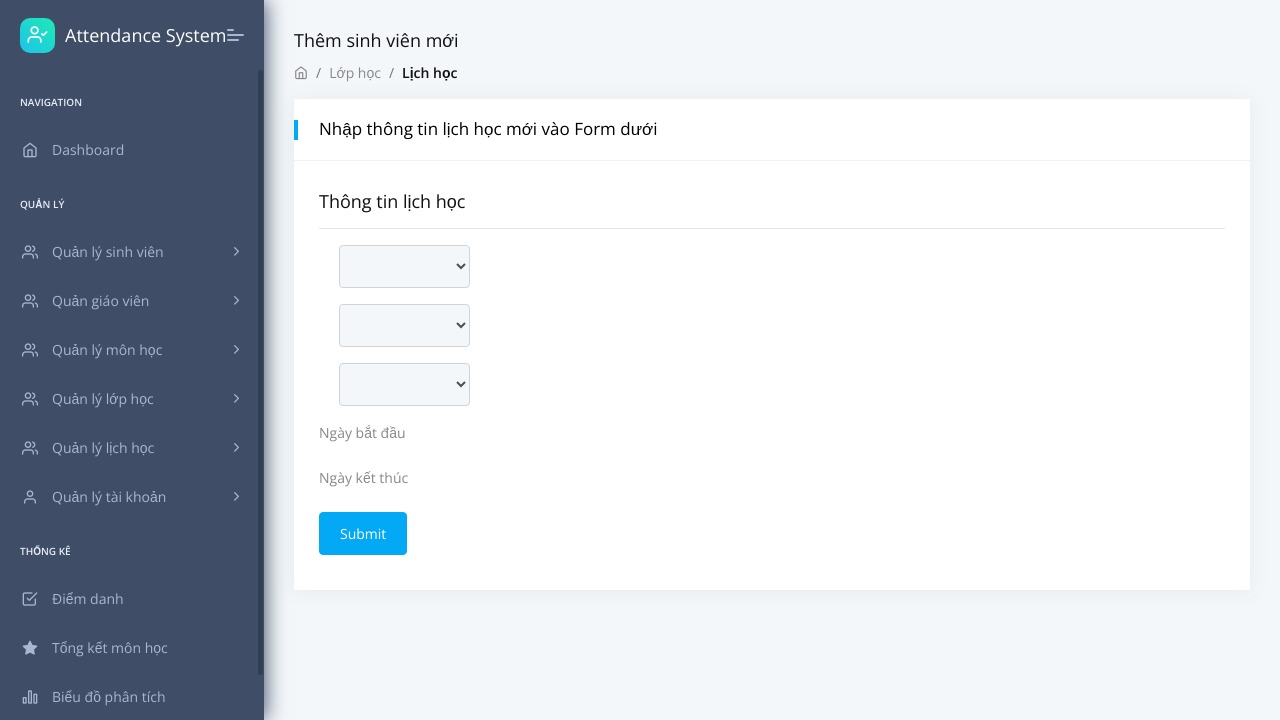
Repository: nguyen-tien-tai12112001/Python_Face_Recognition_Attendance
Page: apps/templates/home/schedule/add-schedule.html
These files come from the project's save history. The page is drawn as it stood at one moment and after the next save; the edit follows.
The browser window is 1280 px wide. The pictures show the whole page.
The template is drawn by Flask 3. The application's start-up code is not run. The template is opened directly, without the code that normally fills it, so the values that code supplies are empty.

Above is the page before, as saved 2022-02-28 21:58:39.

After the next save:
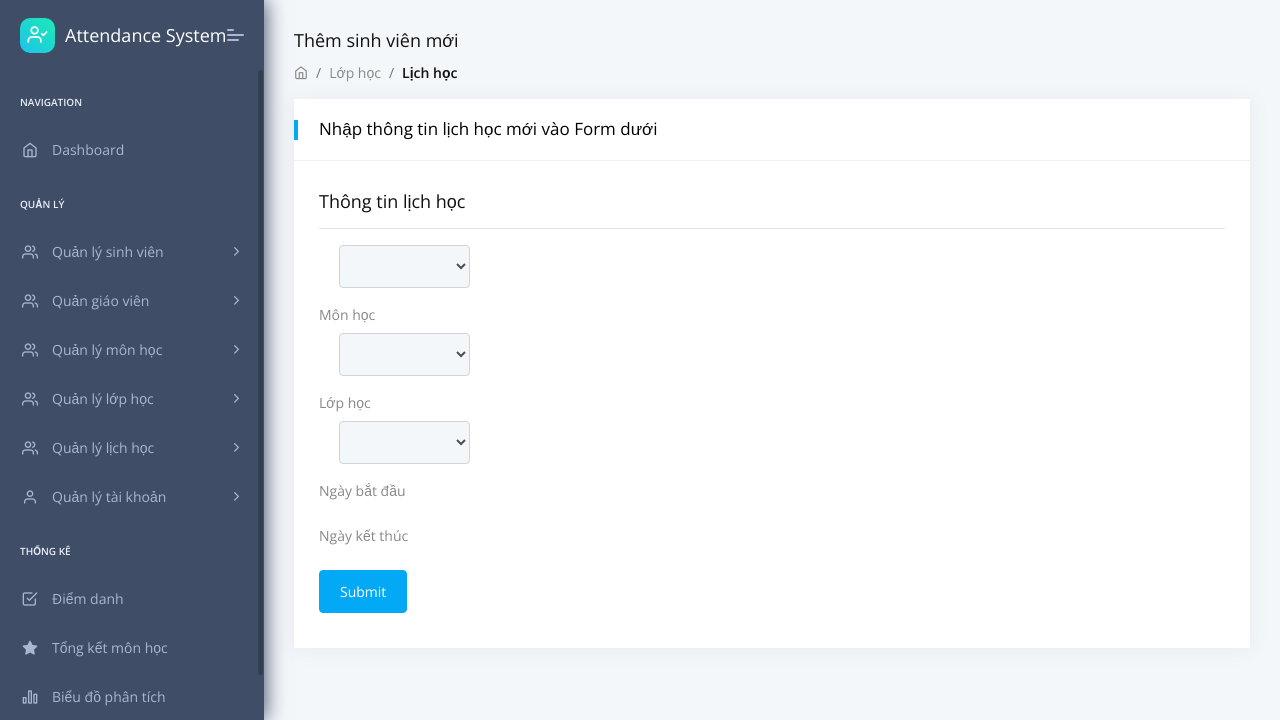
Saved 96 s later.
--- a/apps/templates/home/schedule/add-schedule.html
+++ b/apps/templates/home/schedule/add-schedule.html
@@ -74,6 +74,7 @@
                                                 </select>
                                             </div>
                                             <div class="form-group">
+                                                <label>Môn học</label>
                                                 <select class="form-control" name="info-subject" style="width: 30%;margin-left: 20px;">
                                                     {% for sub in listSub %}
                                                     <option>{{sub.id}}-{{sub.name}}</option>
@@ -81,6 +82,7 @@
                                                 </select>
                                             </div>
                                             <div class="form-group">
+                                                <label>Lớp học</label>
                                                 <select class="form-control" name="info-class" style="width: 30%;margin-left: 20px;">
                                                     {% for cl in listCl %}
                                                     <option>{{cl.id}}-{{cl.name}}</option>
